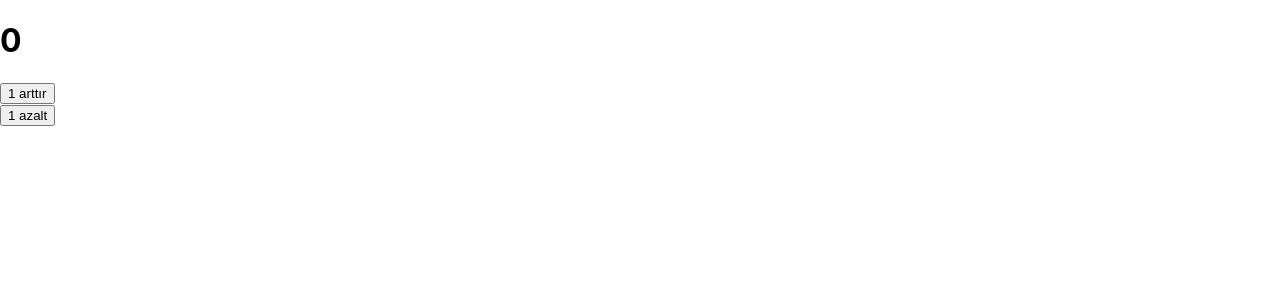
Repository: asarikaya/redux_try
Page: /
An editor plug-in stored every save of this project. The page is shown before and after the next save, followed by the edit.
The browser window is 1280 px wide. The pictures show the whole page.
The project was rebuilt for these pictures with package versions that can differ from the ones it lists, and the page was loaded fresh each time.

Above is the page before, as saved 2020-02-25 16:44:23.

After the next save:
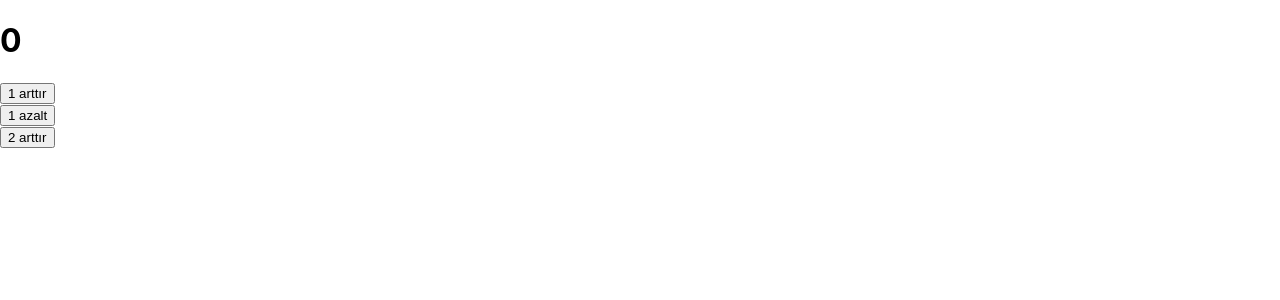
Saved 33 s later.
--- a/src/components/IncreaseByTwoCounter.js
+++ b/src/components/IncreaseByTwoCounter.js
@@ -7,7 +7,11 @@ class IncreaseByTwoCounter extends Component {
     render() {
         return (
             <div>
-
+                <button onClick={e=>{
+                    this.props.dispatch(IncreaseByTwoCounter());
+                }}>
+                    2 arttır
+                </button>
             </div>
         )
     }
